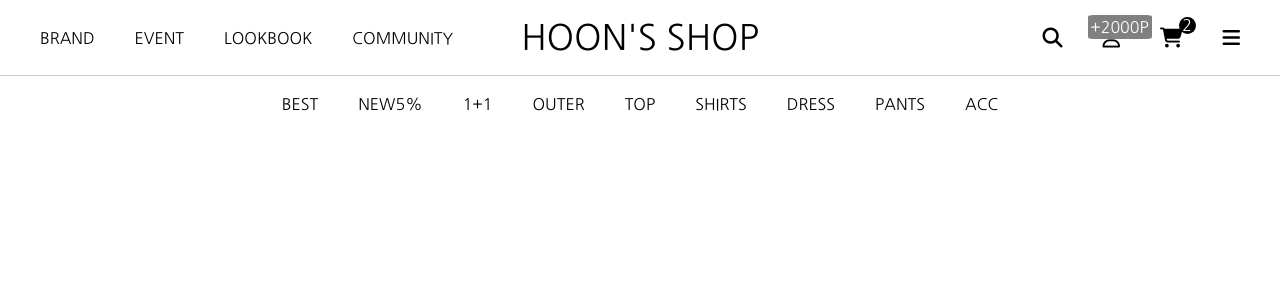
Repository: Iimchaehoon/cafeProject
Page: src/index.html
The author's editor kept a copy of each file at every save. The page is drawn from the files as they stood at one save, then again after a run of saves.
The browser window is 1280 px wide. The pictures show the whole page.
Some web libraries are served in a nearby version.

Above is the page before, as saved 2024-07-23 00:42:10.

### src/index.html
<!DOCTYPE html>
<html lang="en">
  <head>
    <meta charset="UTF-8" />
    <meta name="viewport" content="width=device-width, initial-scale=1.0" />
    <link rel="shortcut icon" href="/image/cafefav.png" type="image/x-icon" />
    <link rel="stylesheet" href="/src/css/style.css" />
    <title>cafe24_clone</title>
    <script
      src="https://kit.fontawesome.com/1e606f2a97.js"
      crossorigin="anonymous"
    ></script>
  </head>
  <body>
    <!--header-->
    <header class="header">
      <div class="header__top">
        <nav class="header__nav-box">
          <ul class="header__list-box">
            <li class="header__content">BRAND</li>
            <li class="header__content">EVENT</li>
            <li class="header__content">LOOKBOOK</li>
            <li class="header__content">COMMUNITY</li>
          </ul>
        </nav>
        <h1 class="header__title">HOON'S SHOP</h1>
        <ul class="header__menu">
          <li class="header__content">
            <i class="fa-solid fa-magnifying-glass fa-lg"></i>
          </li>
          <li class="header__content header__content--badge-price">
            <div class="header__price-badge"><span>+2000P</span></div>
            <i class="fa-regular fa-user fa-lg"></i>
          </li>
          <li class="header__content header__content--badge-box">
            <div class="header__cart-badge"><span>2</span></div>
            <i class="fa-solid fa-cart-shopping fa-lg"></i>
          </li>
          <li class="header__content">
            <i class="fa-solid fa-bars fa-lg"></i>
          </li>
        </ul>
      </div>

      <div class="header__bottom">
        <ul class="header__category">
          <li class="header__content">BEST</li>
          <li class="header__content">NEW5%</li>
          <li class="header__content">1+1</li>
          <li class="header__content">OUTER</li>
          <li class="header__content">TOP</li>
          <li class="header__content">SHIRTS</li>
          <li class="header__content">DRESS</li>
          <li class="header__content">PANTS</li>
          <li class="header__content">ACC</li>
        </ul>
      </div>
    </header>
  </body>
</html>

### src/css/style.css
@import "reset.css";
@import "components/header.css";

@import url("https://fonts.googleapis.com/css2?family=Nanum+Gothic&family=Noto+Sans+KR:wght@100..900&display=swap");

body {
  font-family: "Nanum Gothic", sans-serif;
  margin: 0;
  padding: 0;
  box-sizing: border-box;
}
ul {
  margin: 0;
}

### src/css/components/header.css
.header__top {
  display: flex;
  justify-content: space-between;
  padding: 20px;
  border-bottom: 1px solid rgba(0, 0, 0, 0.2);
}
.header__nav-box {
  width: 33%;
}
.header__title {
  width: 33%;
  font-size: 35px;
  font-weight: 500;
  text-align: center;
}

.header__list-box {
  display: flex;

  height: 100%;
  align-items: center;
}
.header__menu {
  display: flex;
  align-items: center;
  justify-content: flex-end;

  width: 33%;
}
.header__content {
  margin: 0 20px;
}
/* 아래헤더 */
.header__category {
  display: flex;
  justify-content: center;
  padding: 20px 0;
}
.header__cart-badge {
  background-color: black;
  display: flex;
  justify-content: center;
  align-items: center;
  border-radius: 100%;
  width: 13px;
  height: 13px;
  padding: 2px;
  position: absolute;
  top: -13px;
  right: -13px;
}
.header__content--badge-box {
  position: relative;
}
.header__cart-badge span {
  color: white;
}
.header__price-badge {
  background-color: grey;
  display: flex;
  justify-content: center;
  align-items: center;
  border-radius: 8%;
  width: 60px;
  height: 20px;
  padding: 2px;
  position: absolute;
  top: -15px;
  left: -15px;
}
.header__price-badge span {
  color: white;
}
.header__content--badge-price {
  position: relative;
}

Loaded but not shown: src/css/reset.css (common file)

After the next 3 saves:
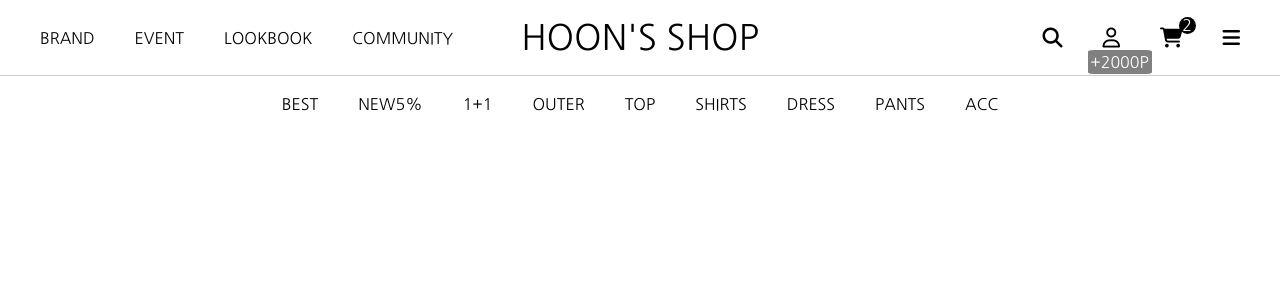
The 3 saves are shown as one change because they came seconds apart.
The last was saved 12 s later.
--- a/src/css/components/header.css
+++ b/src/css/components/header.css
@@ -65,7 +65,7 @@
   height: 20px;
   padding: 2px;
   position: absolute;
-  top: -15px;
+  top: 20px;
   left: -15px;
 }
 .header__price-badge span {
